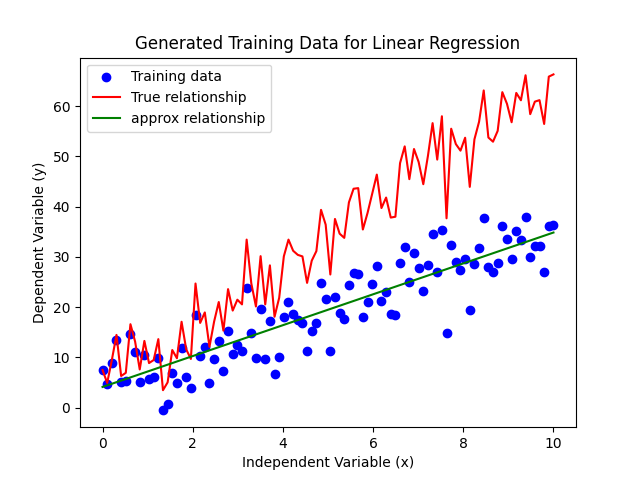
Repository: JEETESH-SAWON/Python
Script's output: python Ai_Learning/linearRegrationForSingleVariable.py
These files come from the project's save history. The script's output is drawn as it stood at one moment and after the next save; the edit follows.
Random numbers start from a fixed seed.

Above is the script's output before, as saved 2024-07-23 06:12:23.

### Ai_Learning/linearRegrationForSingleVariable.py
import pandas as pd
import numpy as np
from matplotlib import pyplot as plt

input_data = pd.read_csv('linear_regression_data.csv')
# Extract x and y values
x = input_data['x']
y = input_data['y']


# NumPy for vectorized operations. NumPy operations are inherently optimized to perform calculations
# on entire arrays without the need for explicit Python loops, making the code more efficient and concise

# Define the function f(x[i]) = w * x[i] + b
def f(x, w, b):
    return w * x + b

x = np.array(x)
y = np.array(y)

w = 0.0  # Initial weight
b = 0.0  # Initial bias
learning_rate = 0.01  # Learning rate
iterations = 10000  # Number of iterations

# Number of data points
m = len(x)

# Gradient descent algorithm
for _ in range(iterations):
    # Compute predictions
    f_x = f(x, w, b)

    # Compute gradients
    b_gradient = (1 / m) * np.sum(f_x - y)
    w_gradient = (1 / m) * np.sum((f_x - y) * x)

    # Update parameters
    w = w - learning_rate * w_gradient
    b = b - learning_rate * b_gradient

    # Print the values of w and b after each iteration for debugging
    print(f"Iteration {_+1}: w = {w}, b = {b}")

print(f"Final values: w = {w}, b = {b}")
y_aprox = w*x + b
y_true = 3*x + y
plt.scatter(x, y, color='blue', label='Training data')
plt.plot(x, y_true, color='red', label='True relationship')
plt.plot(x, y_aprox, color='green', label='approx relationship')
plt.xlabel('Independent Variable (x)')
plt.ylabel('Dependent Variable (y)')
plt.title('Generated Training Data for Linear Regression')
plt.legend()
plt.show()

### Ai_Learning/linear_regression_data.csv
x,y
0.0,7.483570765056164
0.10309278350515463,4.61795684465954
0.20618556701030927,8.85699939153439
0.30927835051546393,13.542984333586519
0.41237113402061853,5.066346528445176
0.5154639175257731,5.375706967831417
0.6185567010309279,14.751734180629741
0.7216494845360825,11.00212209937279
0.8247422680412371,5.12685487444895
0.9278350515463917,10.496305372568997
1.0309278350515463,5.775695041092328
1.134020618556701,6.073413087818819
1.2371134020618557,9.921151564015739
1.3402061855670102,-0.545782666587959
1.443298969072165,0.7053077446513303
1.5463917525773194,6.827737611527095
1.6494845360824741,4.884298006575304
1.7525773195876289,11.828968621739255
1.8556701030927834,6.0268899316722955
1.958762886597938,3.8147701531173572
2.0618556701030926,18.513810854917047
2.1649484536082473,10.365963858392064
2.268041237113402,12.141764734779827
2.3711340206185567,4.989661130788386
2.4742268041237114,9.70076678974522
2.5773195876288657,13.286571711435927
2.6804123711340204,7.286269226290548
2.783505154639175,15.229005555645884
2.88659793814433,10.656600364838965
2.9896907216494846,12.51060341598207
3.092783505154639,11.269817454316932
3.1958762886597936,23.849019788524068
3.2989690721649483,14.829421092805177
3.402061855670103,9.917630922230806
3.5051546391752577,19.628188478041718
3.608247422680412,9.720524018186126
3.7113402061855667,17.178338593580477
3.8144329896907214,6.644948349673285
3.917525773195876,10.111647075095476
4.020618556701031,18.04616184944871
4.123711340206185,21.06346692059561
4.22680412371134,18.537253777083873
4.329896907216495,17.41144930970828
4.432989690721649,16.793450594218502
4.536082474226804,11.215637470843276
4.639175257731958,15.318304731222334
4.742268041237113,16.9236102689124
4.845360824742268,24.82169360532138
4.948453608247423,21.563452272584577
5.051546391752577,11.339438398444061
5.154639175257731,22.084337372747168
5.257731958762887,18.847784474207078
5.360824742268041,17.69786422527433
5.463917525773196,24.450134021523926
5.56701030927835,26.856028540314803
5.6701030927835046,26.666709873931506
5.77319587628866,18.123500012752785
5.876288659793814,21.08280410012537
5.979381443298969,24.594461486914728
6.082474226804123,28.125148316024166
6.185567010309278,21.160829841701382
6.288659793814433,22.937684498124213
6.391752577319587,18.64358286192862
6.494845360824742,18.503502962070876
6.597938144329897,28.856443544960683
6.701030927835051,31.88429292635927
6.804123711340206,25.052320526118947
6.90721649484536,30.7393139739962
7.010309278350515,27.839107960289716
7.11340206185567,23.11460741254139
7.216494845360824,28.45646256362454
7.319587628865979,34.648945718927784
7.422680412371133,27.088911041563644
7.525773195876289,35.4005378666989
7.628865979381443,14.787872417695604
7.731958762886597,32.30538881053591
7.835051546391752,28.940389980366113
7.9381443298969065,27.31939623736138
8.041237113402062,29.582515222883696
8.144329896907216,19.495145117717186
8.24742268041237,28.64390860204955
8.350515463917525,31.837109249311304
8.45360824742268,37.75029496597563
8.556701030927835,28.078752001415268
8.65979381443299,26.93691342883303
8.762886597938143,28.77987457589175
8.865979381443298,36.174948732840264
8.969072164948454,33.55097204314379
9.072164948453608,29.567693826525634
9.175257731958762,35.09211036144306
9.278350515463917,33.320439293131955
9.38144329896907,37.98755484957165
9.484536082474227,29.943342778035916
9.587628865979381,32.1245758649493
9.690721649484535,32.111624182792816
9.79381443298969,27.063868558308474
9.896907216494846,36.171323034807415
10.0,36.30527636089945

After the next save:
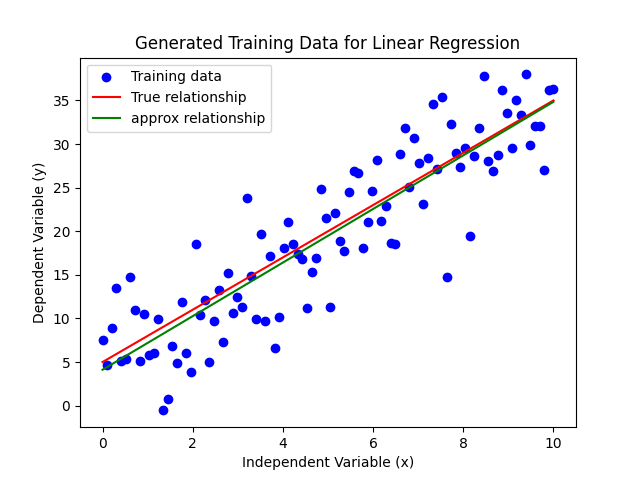
Saved 45 s later.
--- a/Ai_Learning/linearRegrationForSingleVariable.py
+++ b/Ai_Learning/linearRegrationForSingleVariable.py
@@ -44,7 +44,7 @@ for _ in range(iterations):
 
 print(f"Final values: w = {w}, b = {b}")
 y_aprox = w*x + b
-y_true = 3*x + y
+y_true = 3*x + 5
 plt.scatter(x, y, color='blue', label='Training data')
 plt.plot(x, y_true, color='red', label='True relationship')
 plt.plot(x, y_aprox, color='green', label='approx relationship')
